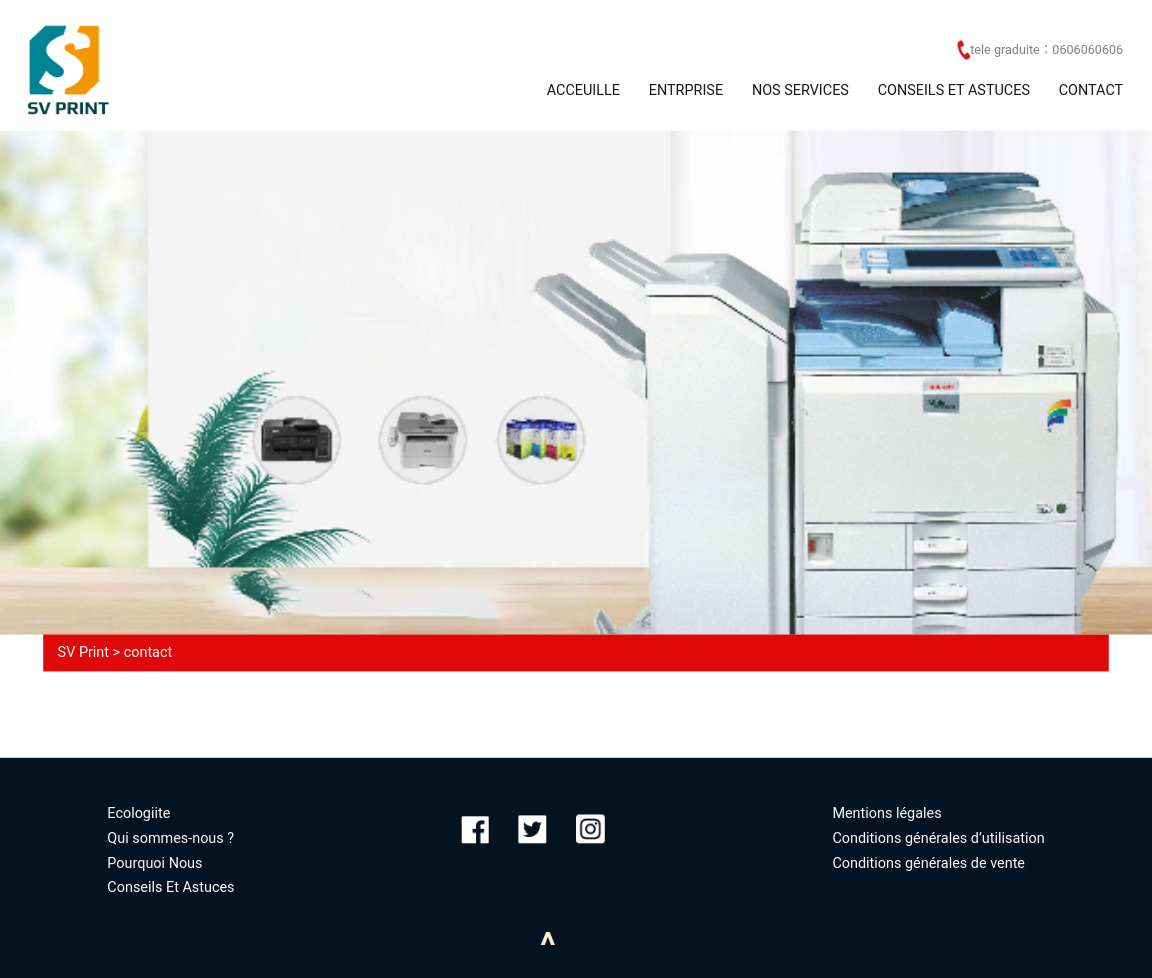
Repository: clairedupuich/sv_print
Page: service.html
The author's editor kept a copy of each file at every save. The page is drawn from the files as they stood at one save, then again after the next save.
The browser window is 1280 px wide. The pictures show the whole page, at 90% of full size.

Above is the page before, as saved 2020-12-04 01:10:49.
Console error: TypeError: Cannot read properties of null (reading 'appendChild')

After the next save:
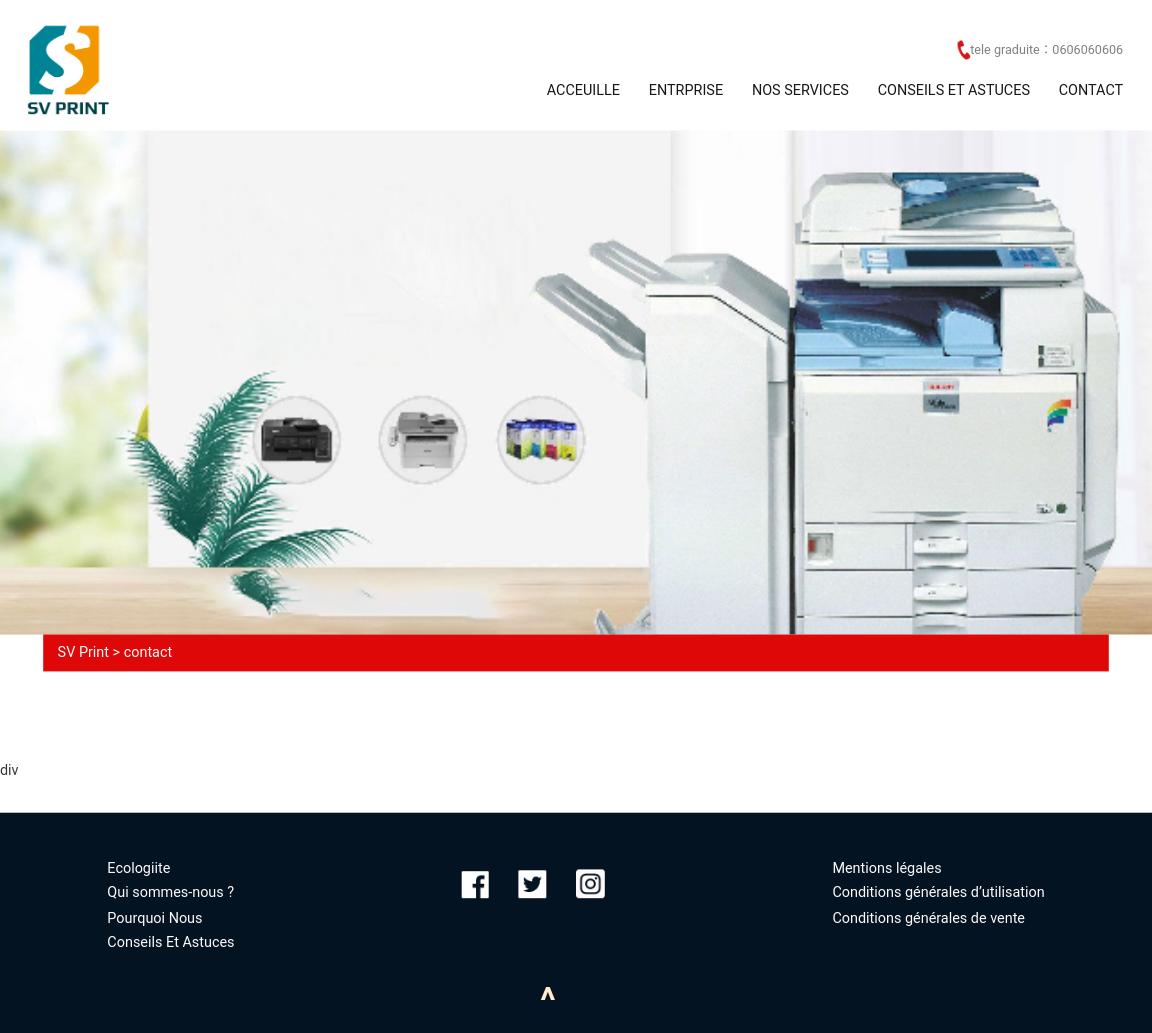
Saved 9 min 50 s later.
--- a/service.html
+++ b/service.html
@@ -73,7 +73,7 @@
     <p>SV Print > contact</p>
   </div>
   <div class="container_service">
-
+      div
 
 
   </div>
